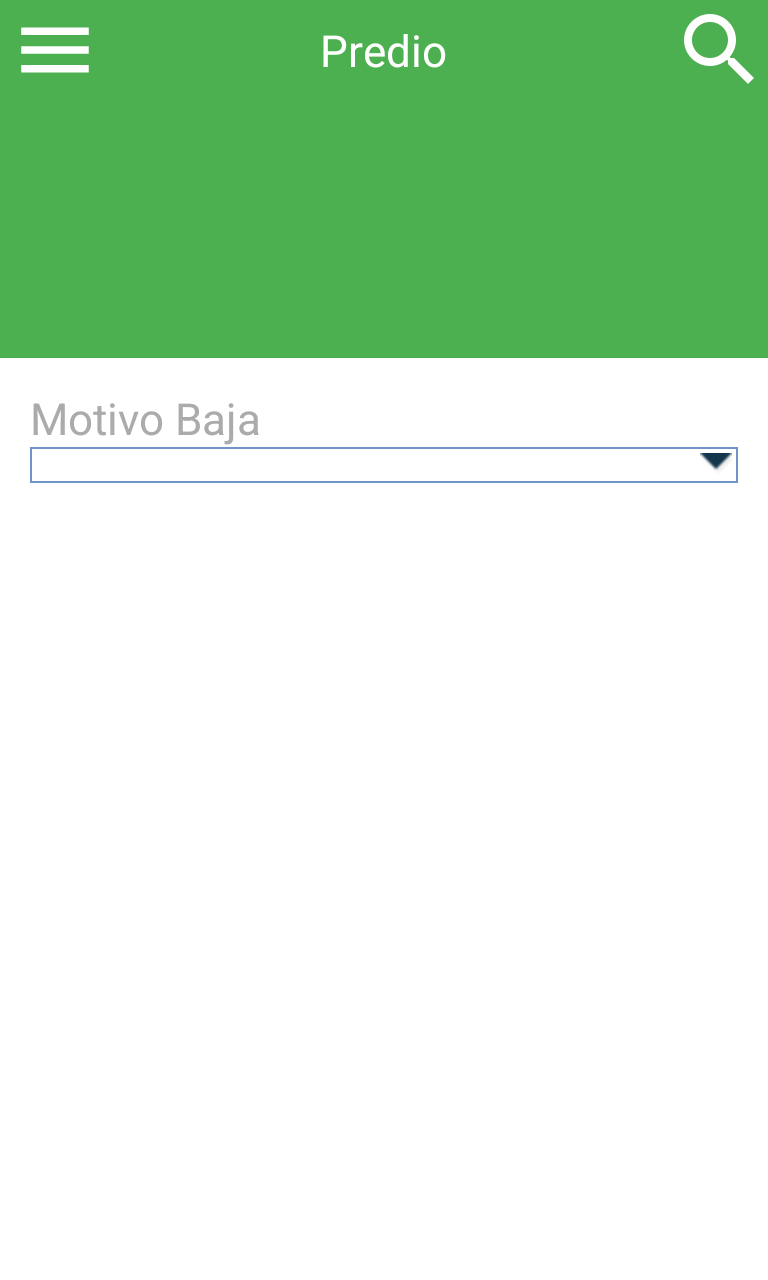
Repository: danielctf/Chilterra
Layout: Proyectos/Animales/res/layout/activity_baja_ganado.xml
An editor plug-in stored every save of this project. The layout is shown before and after the next save, followed by the edit.
It is drawn on a 768 x 1280 px phone screen (xhdpi) without system bars, with theme AppTheme; the app's code is not run.

Above is the layout before, as saved 2015-10-09 16:32:48.

After the next save:
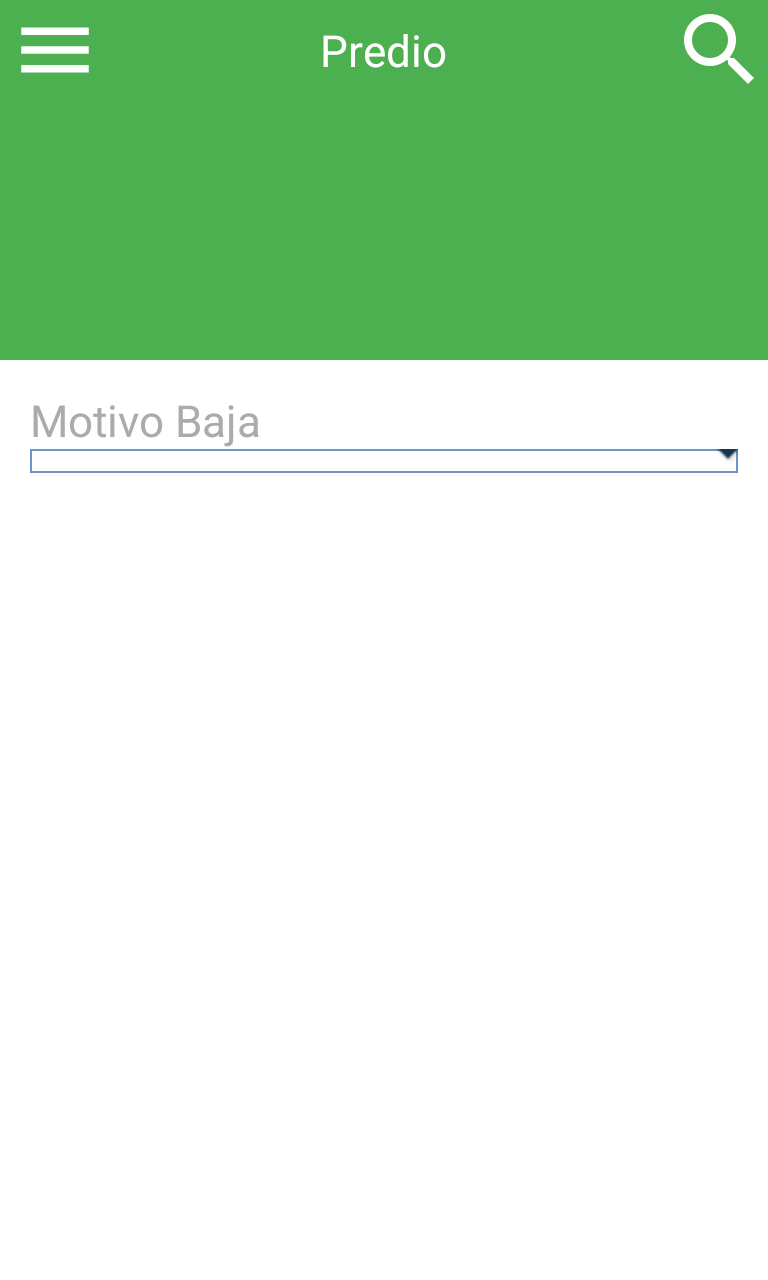
Saved 75 s later.
--- a/Proyectos/Animales/res/drawable/shape_drop_down_normal.xml
+++ b/Proyectos/Animales/res/drawable/shape_drop_down_normal.xml
@@ -15,7 +15,7 @@
             android:top="30dp" />
 
 
-     <padding android:bottom="3dp" android:left="3dp" android:right="3dp" android:top="3dp" />
+     <padding android:bottom="3dp" android:left="-3dp" android:right="-3dp" android:top="-3dp" />
     </shape>
 </item>
 <item>

After the save that followed:
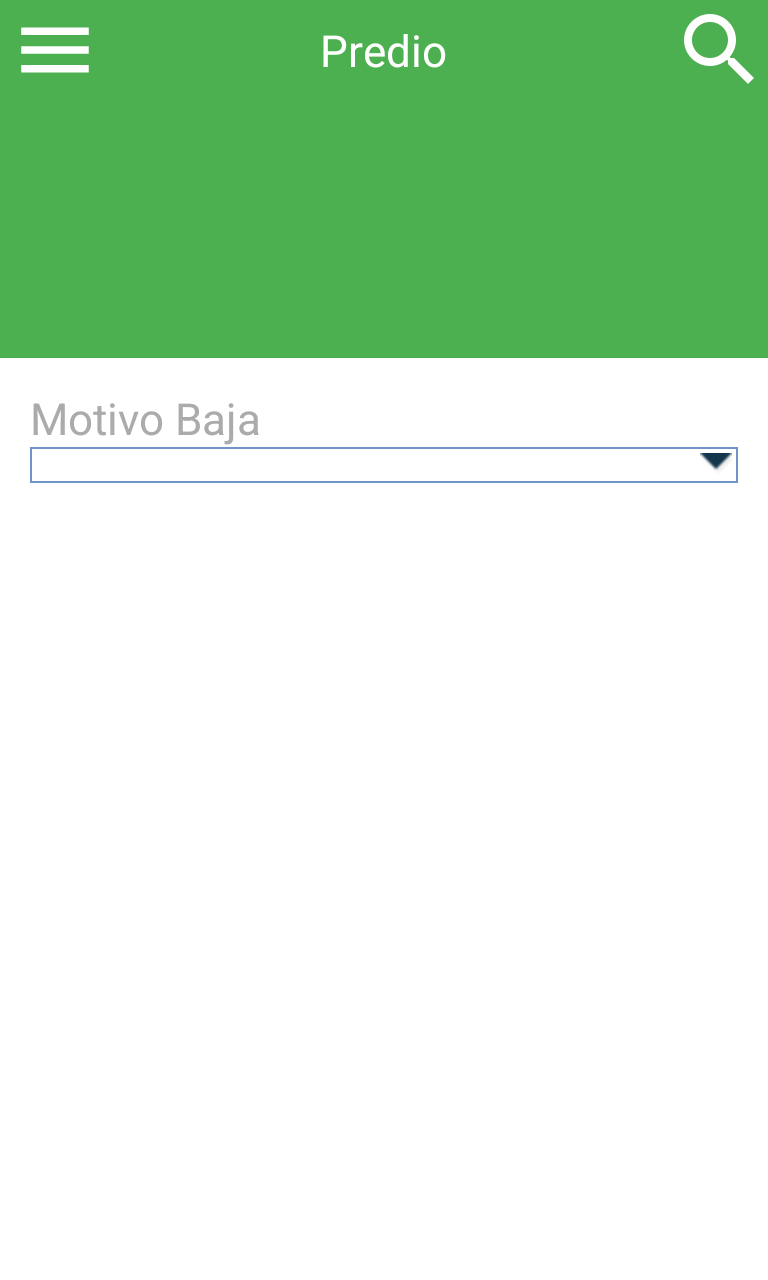
Saved 14 s later.
--- a/Proyectos/Animales/res/drawable/shape_drop_down_normal.xml
+++ b/Proyectos/Animales/res/drawable/shape_drop_down_normal.xml
@@ -15,7 +15,7 @@
             android:top="30dp" />
 
 
-     <padding android:bottom="3dp" android:left="-3dp" android:right="-3dp" android:top="-3dp" />
+     <padding android:bottom="3dp" android:left="3dp" android:right="3dp" android:top="3dp" />
     </shape>
 </item>
 <item>
